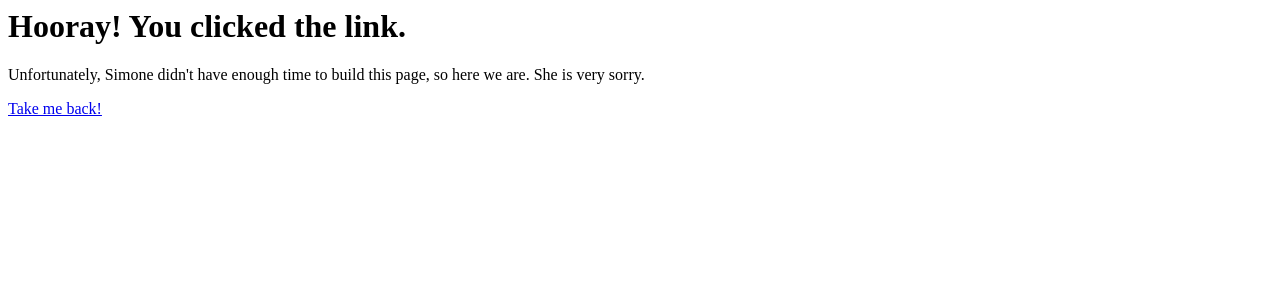
Repository: simonekurtz/simonekurtz.github.io
Page: 1ASGN_HelloWorld/RelativeLink.html
The author's editor kept a record of every edit. The page is drawn from the files as they stood at one moment, then again after the next edit.
The browser window is 1280 px wide. The pictures show the whole page.

Above is the page before.

After the next edit:
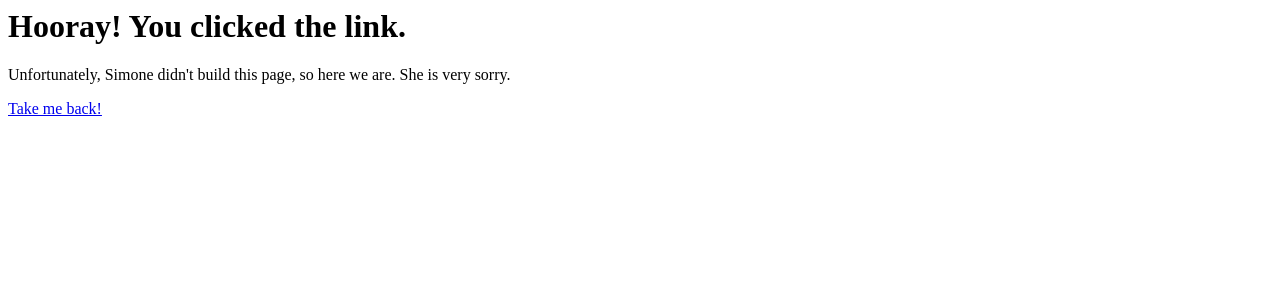
The edit:
--- a/1ASGN_HelloWorld/RelativeLink.html
+++ b/1ASGN_HelloWorld/RelativeLink.html
@@ -5,7 +5,7 @@
     <h1>
         Hooray! You clicked the link.
     </h1>
-    <p>Unfortunately, Simone didn't have enough time to build this page, so here we are. She is very sorry.</p>
+    <p>Unfortunately, Simone didn't build this page, so here we are. She is very sorry.</p>
 
     <a href="1ASGN_HelloWorld.html">Take me back!</a>
 </html>
